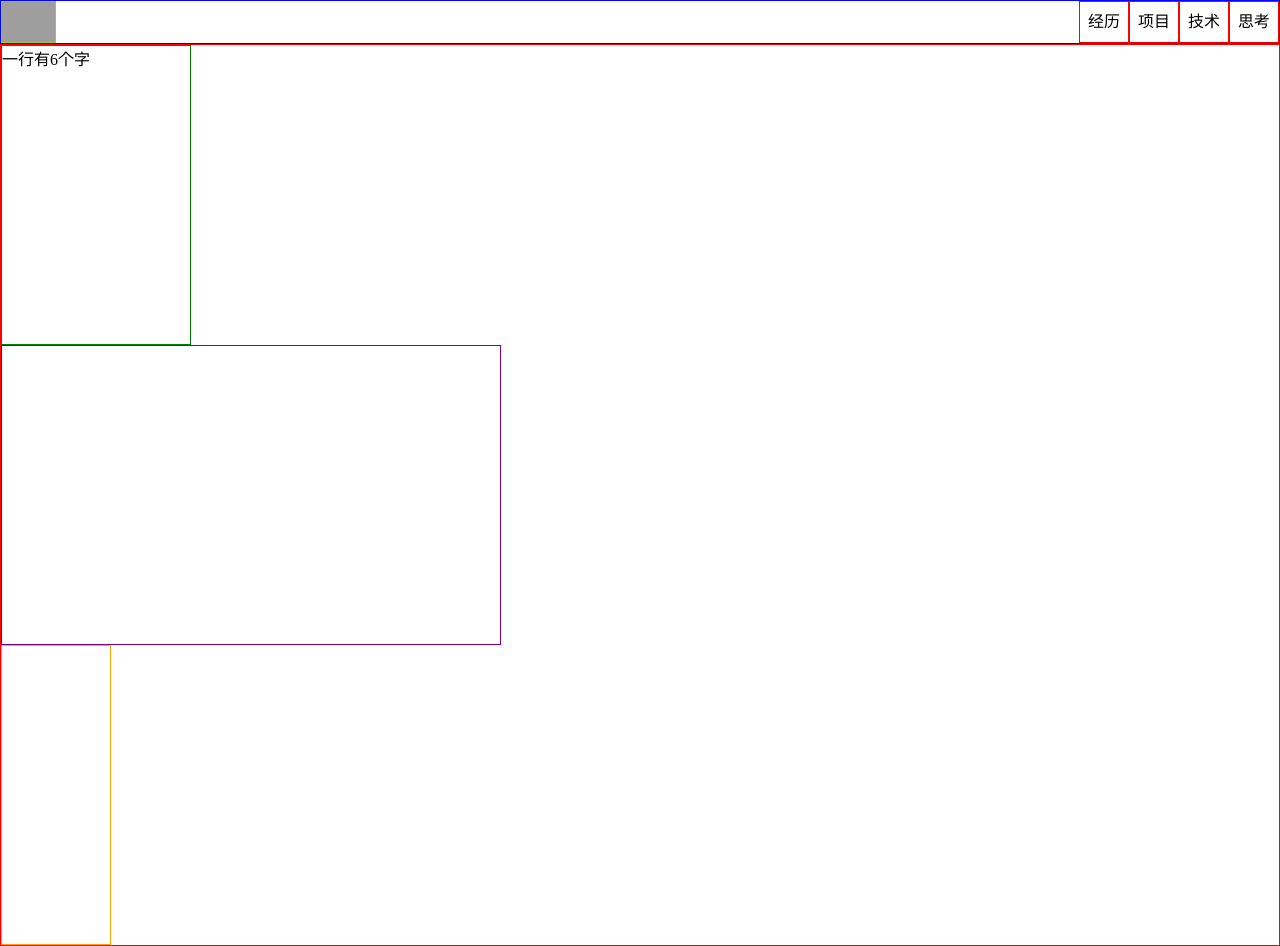
Repository: Lixianlai-2/Css-practice
Page: index.html
The author's editor kept a copy of each file at every save. The page is drawn from the files as they stood at one save, then again after the next save.
The browser window is 1280 px wide. The pictures show the whole page.
Pictures or frames that could not be fetched are drawn as grey boxes.

Above is the page before, as saved 2021-12-03 10:26:18.

After the next save:
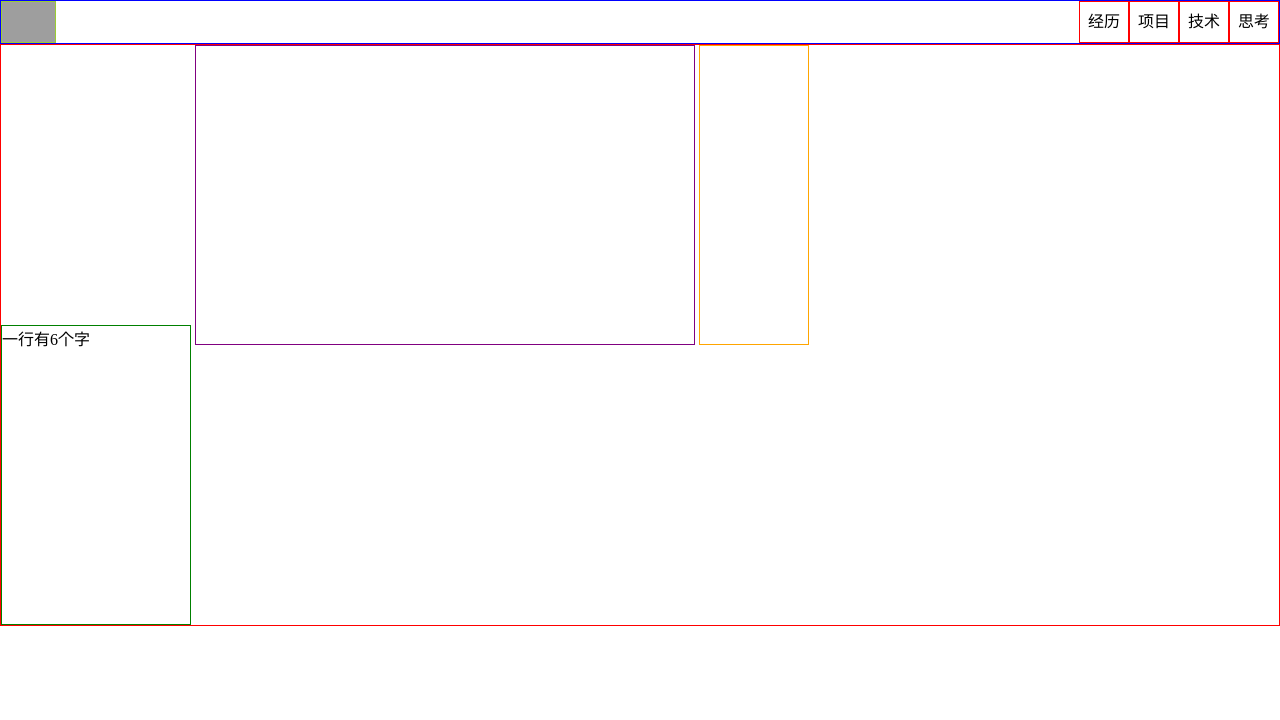
Saved 40 s later.
--- a/style.css
+++ b/style.css
@@ -52,16 +52,19 @@ ul {
   width: 190px;
   border: 1px solid green;
   height: 300px;
+  display: inline-block;
 }
 
 .content > main {
   border: 1px solid purple;
   height: 300px;
   width: 500px;
+  display: inline-block;
 }
 
 .content > .ad {
   border: 1px solid orange;
   width: 110px;
   height: 300px;
+  display: inline-block;
 }
